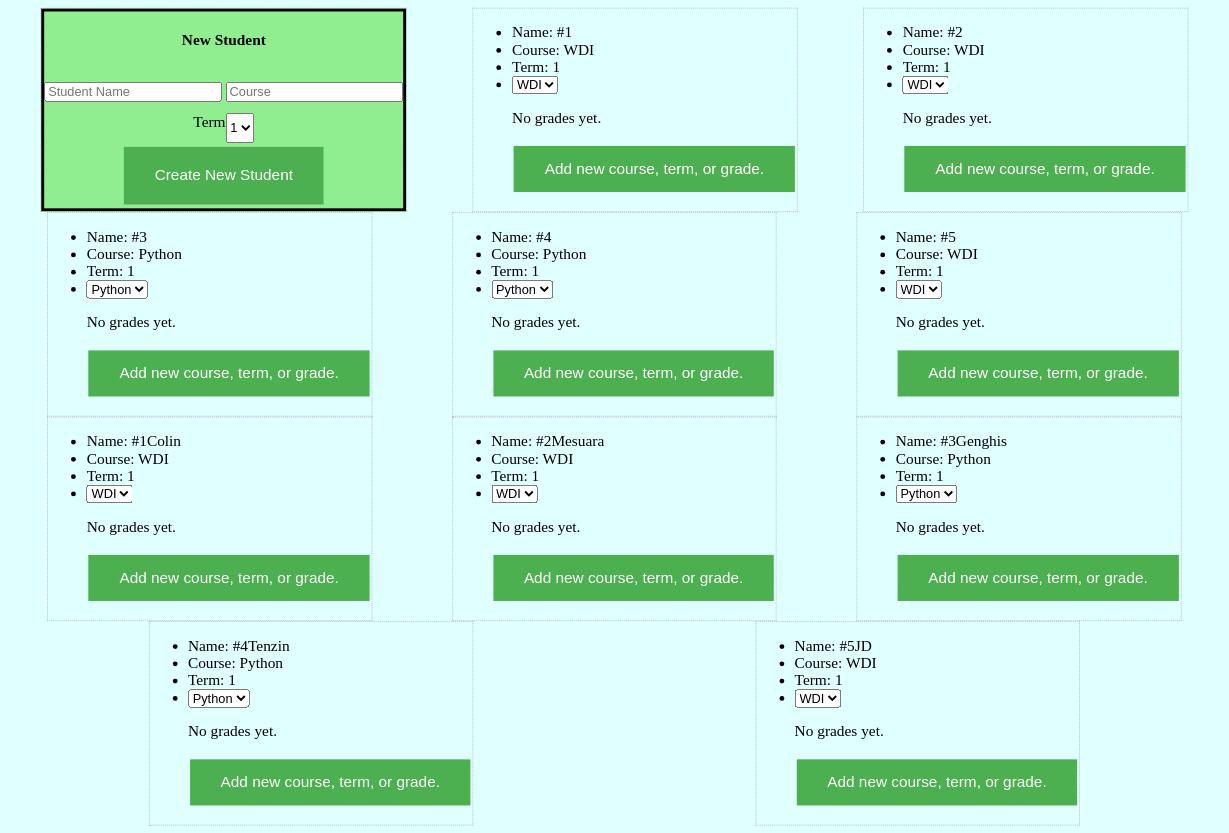
Repository: EdmontDantes/graderaide-ui
Page: index.html
The author's editor kept a copy of each file at every save. The page is drawn from the files as they stood at one save, then again after the next save.
The browser window is 1280 px wide. The pictures show the whole page, at 96% of full size.

Above is the page before, as saved 2020-04-21 15:13:19.

After the next save:
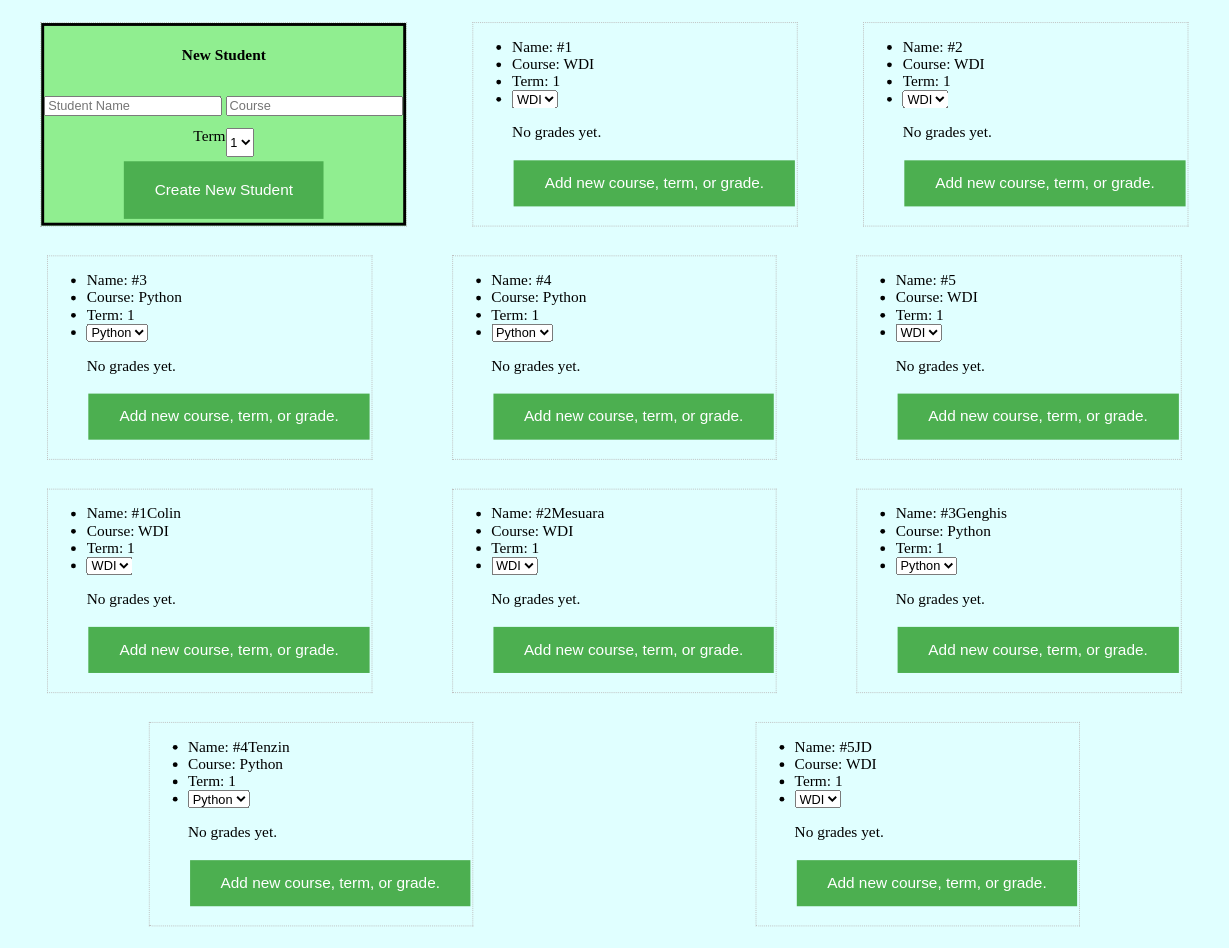
Saved 5 s later.
--- a/style.css
+++ b/style.css
@@ -55,7 +55,7 @@ button {
     display: flex;
     justify-content: space-around;
     border: 1px dotted #BFC0C0;
-    margin:
+    margin: 15px;
 }
 
 .student-info {
